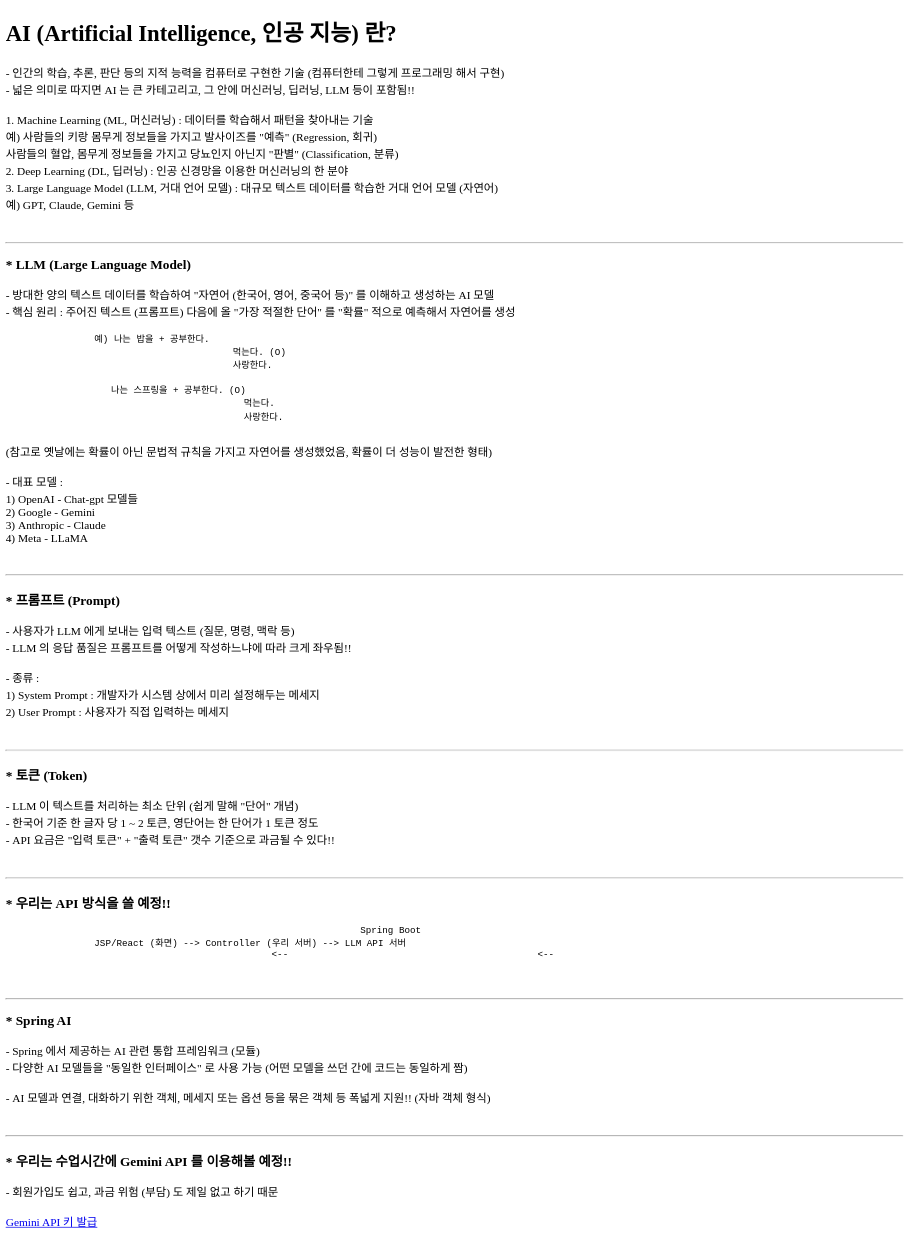
Repository: developerPKJ/10_AI-workspace
Page: http://localhost/AI_API_Project/WEB-INF/views/index.jsp
These files come from the project's save history. The page is drawn as it stood at one moment and after the next save; the edit follows.
The browser window is 1280 px wide. The pictures show the whole page, at 71% of full size.
The page is served by Tomcat 9. Nobody is signed in. Other server files are loaded and not shown. The template is opened directly, without the code that normally fills it, so the values that code supplies are empty.

Above is the page before, as saved 2026-08-05 01:30:53.

### AI_API_Project/src/main/webapp/WEB-INF/views/index.jsp
<%@ page language="java" contentType="text/html; charset=UTF-8"
    pageEncoding="UTF-8"%>
<!DOCTYPE html>
<html>
<head>
<meta charset="UTF-8">
<title>Insert title here</title>
</head>
<body>

	<h1>AI (Artificial Intelligence, 인공 지능) 란?</h1>

	<p>
		- 인간의 학습, 추론, 판단 등의 지적 능력을 컴퓨터로 구현한 기술 (컴퓨터한테 그렇게 프로그래밍 해서 구현) <br>
		- 넓은 의미로 따지면 AI 는 큰 카테고리고, 그 안에 머신러닝, 딥러닝, LLM 등이 포함됨!! <br>

		<br>

		1. Machine Learning (ML, 머신러닝) : 데이터를 학습해서 패턴을 찾아내는 기술 <br>
		예) 사람들의 키랑 몸무게 정보들을 가지고 발사이즈를 "예측" (Regression, 회귀) <br>
		    사람들의 혈압, 몸무게 정보들을 가지고 당뇨인지 아닌지 "판별" (Classification, 분류) <br>

		2. Deep Learning (DL, 딥러닝) : 인공 신경망을 이용한 머신러닝의 한 분야 <br>

		3. Large Language Model (LLM, 거대 언어 모델) : 대규모 텍스트 데이터를 학습한 거대 언어 모델 (자연어) <br>
		예) GPT, Claude, Gemini 등
	</p>

	<br>
	<hr>

	<h3>* LLM (Large Language Model)</h3>

	<p>
		- 방대한 양의 텍스트 데이터를 학습하여 "자연어 (한국어, 영어, 중국어 등)" 를 이해하고 생성하는 AI 모델 <br>
		- 핵심 원리 : 주어진 텍스트 (프롬프트) 다음에 올 "가장 적절한 단어" 를 "확률" 적으로 예측해서 자연어를 생성 <br>
		<pre>
		예) 나는 밥을 + 공부한다.
					 먹는다. (O)
					 사랑한다.

		   나는 스프링을 + 공부한다. (O)
		   			   먹는다.
		   			   사랑한다.
		</pre>
		  (참고로 옛날에는 확률이 아닌 문법적 규칙을 가지고 자연어를 생성했었음, 확률이 더 성능이 발전한 형태) <br>

		<br>

		- 대표 모델 : <br>
		1) OpenAI - Chat-gpt 모델들 <br>
		2) Google - Gemini <br>
		3) Anthropic - Claude <br>
		4) Meta - LLaMA
	</p>

	<br>
	<hr>

	<h3>* 프롬프트 (Prompt)</h3>

	<p>
		- 사용자가 LLM 에게 보내는 입력 텍스트 (질문, 명령, 맥락 등) <br>
		- LLM 의 응답 품질은 프롬프트를 어떻게 작성하느냐에 따라 크게 좌우됨!! <br>

		<br>
		- 종류 : <br>
		1) System Prompt : 개발자가 시스템 상에서 미리 설정해두는 메세지 <br>
		2) User Prompt : 사용자가 직접 입력하는 메세지
	</p>

	<br>
	<hr>

	<h3>* 토큰 (Token)</h3>

	<p>
		- LLM 이 텍스트를 처리하는 최소 단위 (쉽게 말해 "단어" 개념) <br>
		- 한국어 기준 한 글자 당 1 ~ 2 토큰, 영단어는 한 단어가 1 토큰 정도 <br>
		- API 요금은 "입력 토큰" + "출력 토큰" 갯수 기준으로 과금될 수 있다!!
	</p>

	<br>
	<hr>

	<h3>* 우리는 API 방식을 쓸 예정!!</h3>

	<pre>
								Spring Boot
		JSP/React (화면) --> Controller (우리 서버) --> LLM API 서버
						<--						<--
	</pre>

	<br>
	<hr>

	<h3>* Spring AI</h3>

	<p>
		- Spring 에서 제공하는 AI 관련 통합 프레임워크 (모듈) <br>
		- 다양한 AI 모델들을 "동일한 인터페이스" 로 사용 가능 (어떤 모델을 쓰던 간에 코드는 동일하게 짬) <br>

		<br>

		- AI 모델과 연결, 대화하기 위한 객체, 메세지 또는 옵션 등을 묶은 객체 등 폭넓게 지원!! (자바 객체 형식)
	</p>

	<br>
	<hr>

	<h3>* 우리는 수업시간에 Gemini API 를 이용해볼 예정!!</h3>

	<p>
		- 회원가입도 쉽고, 과금 위험 (부담) 도 제일 없고 하기 때문 <br>

		<br>
		<a href="https://aistudio.google.com">Gemini API 키 발급</a>
	</p>

</body>
</html>

After the next save:
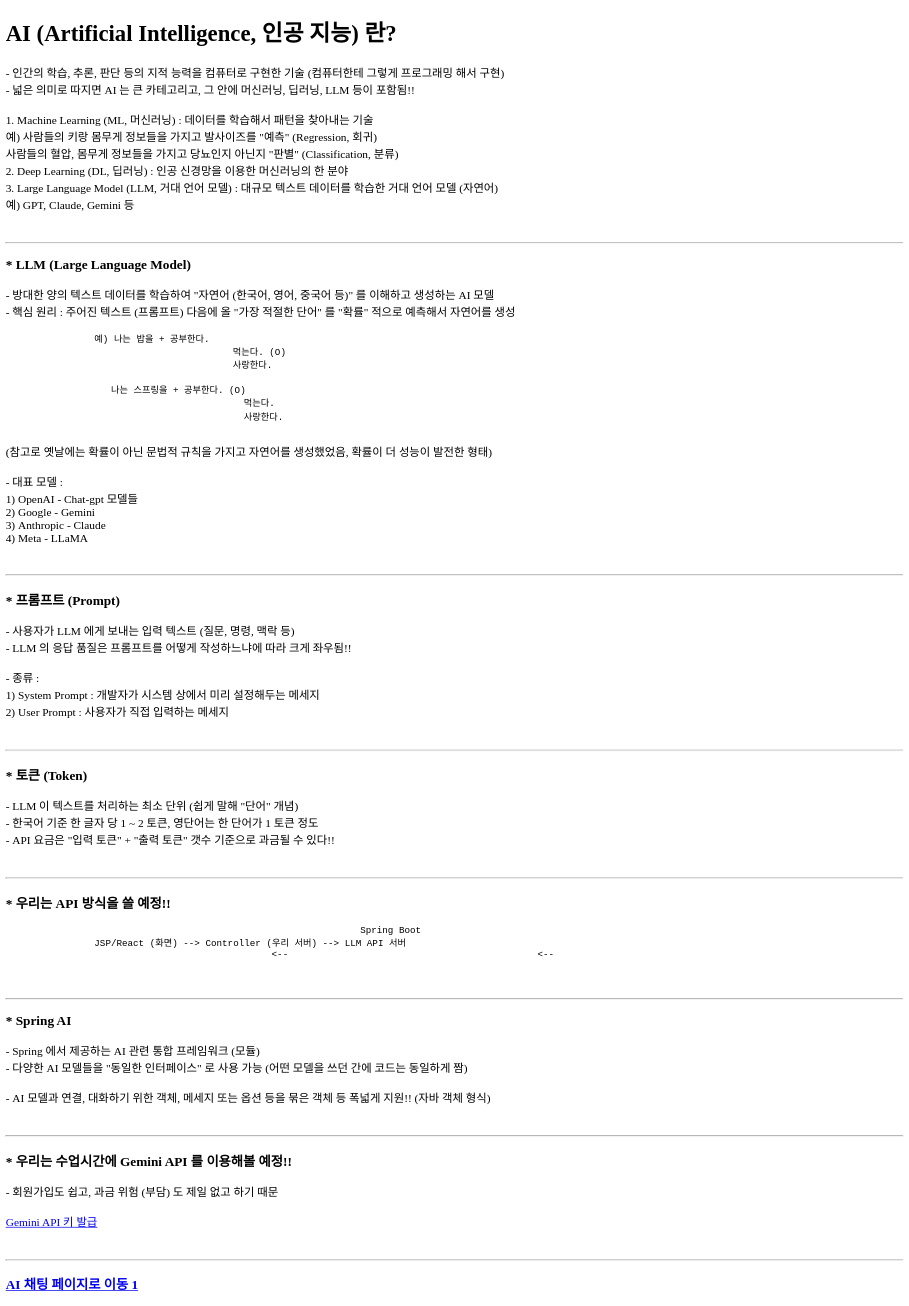
Saved 3 min 8 s later.
--- a/AI_API_Project/src/main/webapp/WEB-INF/views/index.jsp
+++ b/AI_API_Project/src/main/webapp/WEB-INF/views/index.jsp
@@ -117,5 +117,13 @@
 		<a href="https://aistudio.google.com">Gemini API 키 발급</a>
 	</p>
 
+	<br>
+	<hr>
+
+	<h3>
+		<a href="/ai/chat1">AI 채팅 페이지로 이동 1</a>
+	</h3>
+
+
 </body>
 </html>
